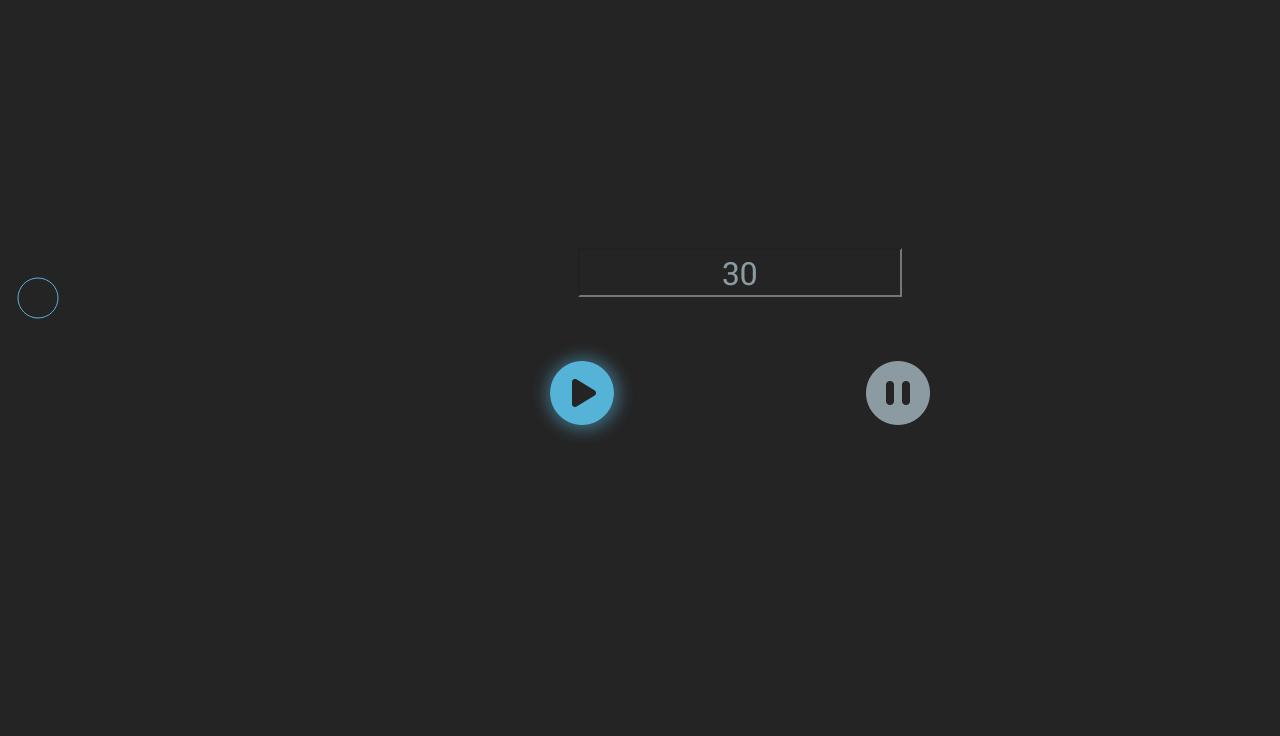
Repository: Sbethm/javascript-challenges
Page: index.html
These files come from the project's save history. The page is drawn as it stood at one moment and after a run of saves; the edit follows.
The browser window is 1280 px wide. The pictures show the whole page.
Some web libraries are served in a nearby version. The style sheet was rebuilt from its Sass, Less or Tailwind sources for each picture, by a compiler version that may differ from the author's.

Above is the page before, as saved 2021-09-17 15:29:33.

### index.html
<!DOCTYPE html>
<html lang="en">
<head>
    <meta charset="UTF-8">
    <meta http-equiv="X-UA-Compatible" content="IE=edge">
    <meta name="viewport" content="width=device-width, initial-scale=1.0">
    <link rel="stylesheet" href="./CSS/main.css">
    <link rel="preconnect" href="https://fonts.googleapis.com">
    <link rel="preconnect" href="https://fonts.gstatic.com" crossorigin>
    <link href="https://fonts.googleapis.com/css2?family=Roboto+Slab&display=swap" rel="stylesheet">
    <script src="https://kit.fontawesome.com/4348baf125.js" crossorigin="anonymous"></script>
    <title>SarahMoosa: JavaScript Challenges</title>
</head>
<body>
    <header></header>
    <main>
        <svg height="200" width="200">
            <circle r="20" cx="30" cy="30"\>
        </svg>
        <div class="container">
            <input type="text" value="30">
            <i class="fas fa-play-circle active"></i>
            <i class="fas fa-pause-circle"></i>
        </div>
    </main>
    <script src="./JS/timerClass.js"></script>
    <script src="./JS/apps.js"></script>
</body>
</html>

### JS/timerClass.js
class Timer {
    constructor(durationInput, playBtn, pauseBtn) {
        this.durationInput = durationInput;
        this.playBtn = playBtn;
        this.pauseBtn = pauseBtn;

        this.playBtn.addEventListener('click', this.start);
        this.pauseBtn.addEventListener('click', this.pause);
    }

    start = () => {
        this.tick();
        this.interval = setInterval(this.tick, 1000);

        playBtn.classList.remove('active');
        pauseBtn.classList.add('active');
        // for(let i = durationInput; durationInput > 0; i--){
        //     setTimeout(this.tick, 1000);
        // }
    };

    pause = () => {
        clearInterval(this.interval);

        pauseBtn.classList.remove('active');
        playBtn.classList.add('active');
    };

    tick = () => {
        if(this.timeRemaining > 0){
            this.timeRemaining = this.timeRemaining - 1;
        } else {
            this.pause();
        }

    };

    get timeRemaining () {
        return parseFloat(this.durationInput.value);
    }
    set timeRemaining (time) {
        this.durationInput.value = time;
    }
}

### JS/apps.js
const playBtn = document.querySelector('.fa-play-circle ');
const pauseBtn = document.querySelector('.fa-pause-circle ');
const input = document.querySelector('input');

//Reusable Timer Class


const timer1 = new Timer(input, playBtn, pauseBtn);








// //FUNCTIONS
// function startTimer() {
//     let inputNum = document.querySelector('input').value;

//     let countDownNum = Number(inputNum);

//     if(!countDownNum || countDownNum !== Math.floor(countDownNum)) {
//         console.log("WHOLE NUMBERS ONLY!")
//     } else {
//         countDownNum--;
//         inputNum = countDownNum;
//         console.log(inputNum);
//     }
// }

// function pauseTimer() {

// }



// playBtn.addEventListener('click', () => {
//     //Btn style change
//     playBtn.classList.remove('active');
//     pauseBtn.classList.add('active');

//     //Input countdown
//     startTimer()


// })

// pauseBtn.addEventListener('click', () => {
//     //Btn style change
//     pauseBtn.classList.remove('active');
//     playBtn.classList.add('active');

//     //Pause Timer
//     pauseTimer();
// })

### SCSS/main.scss
@import "./variables";

body {
    background-color: rgb(37, 36, 36);
}

main{
    height: 100vh;
    display: flex;
    align-items: center;
    justify-content: center;
}

svg{

}
circle {
    fill: rgb(37, 36, 36);
    stroke: $activeColor;
}

.container {
    display: grid;
    grid-template-columns: Max(8rem, 50%) Max(8rem, 50%);
    grid-row: 25% 75%;
    width: Max(500px, 50%);
    padding: 1em;
    margin: 0 auto;
    //Used to style Input font
    font-family: 'Roboto Slab', serif;
    font-size: 2rem;
}

input {
    width: 50%;
    grid-area: 1 / 1 / 2 / 3;
    margin: 0 auto;
    background-color:  rgb(37, 36, 36);
    text-align: center;
    //Uses styles from parent .container
    font-family: inherit;
    font-size: 100%;
}

input[type='text']{
    color: $inactiveColor;
}

i {
    margin: 1em auto;
    font-size: Max(2rem, 4rem);
    color: $inactiveColor;
    border-radius: 50%;
}

.fa-play-circle {
    grid-area: 2 / 1 / 3 / 2;
}

.fa-pause-circle {
    grid-area: 2 / 2 / 3 / 3;
}

.active {
    color: $activeColor;
    box-shadow: 1px 1px 15px 5px rgba(85,179,216,0.46);
}
// rgb(85, 179, 216)
.inactive {
    color: $inactiveColor;
    box-shadow: none;
}

### SCSS/_variables.scss
//COLORS
$activeColor: hsl(197, 63%, 59%);
$inactiveColor: hsl(197, 10%, 59%);

After the next 2 saves:
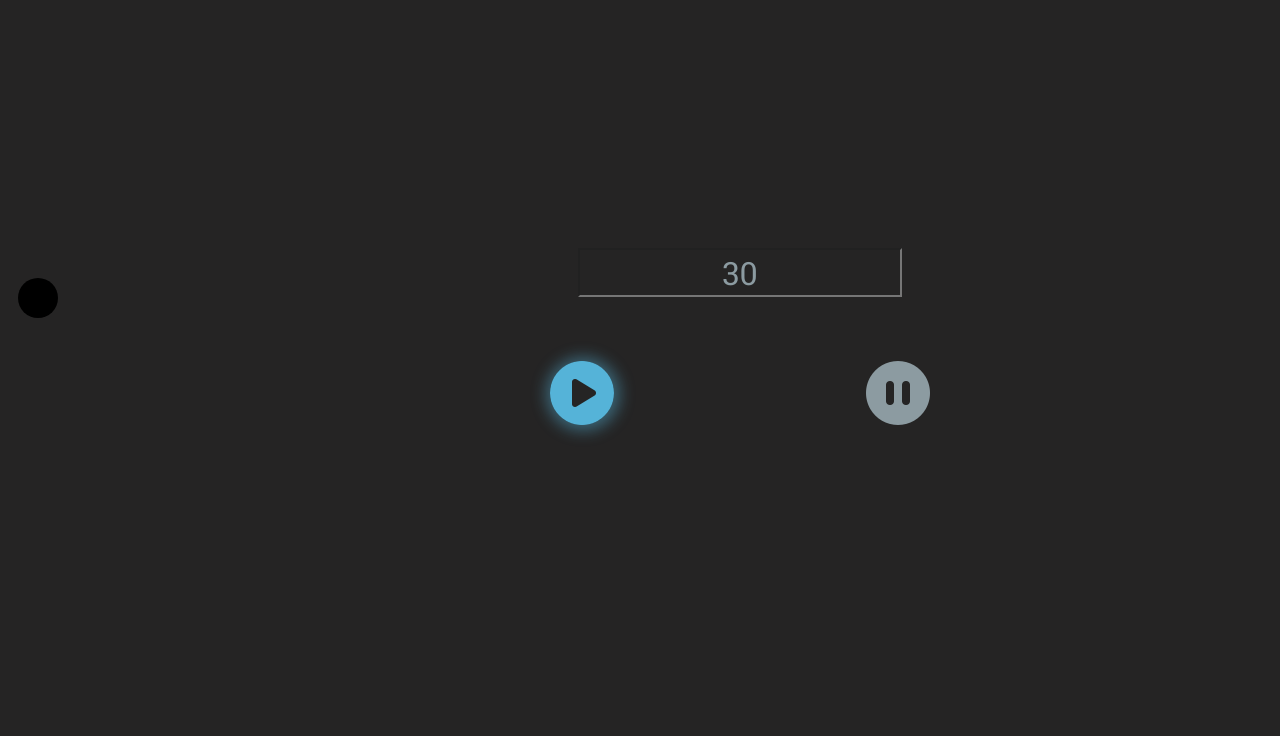
The 2 saves are shown as one change because they came seconds apart.
The last was saved 5 s later.
--- a/SCSS/main.scss
+++ b/SCSS/main.scss
@@ -13,11 +13,9 @@
 
 svg{
 
+
 }
-circle {
-    fill: rgb(37, 36, 36);
-    stroke: $activeColor;
-}
+
 
 .container {
     display: grid;

After the 4 saves that followed:
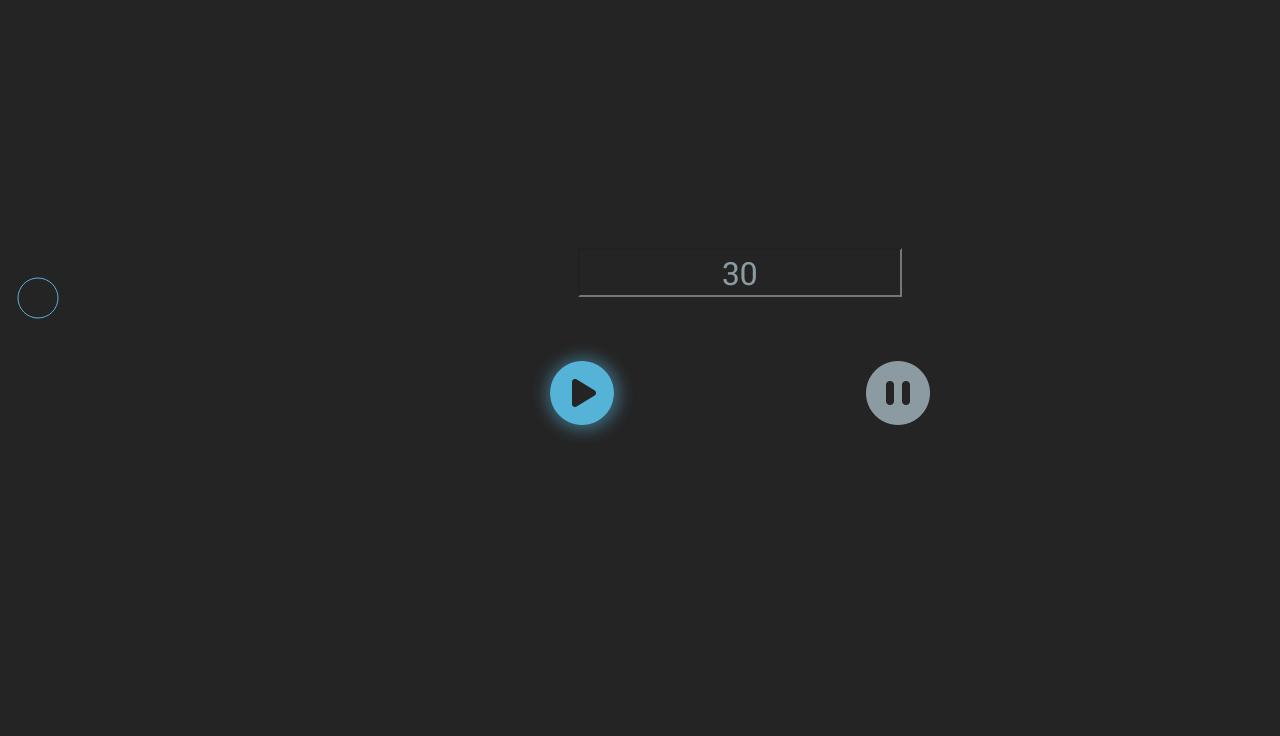
The 4 saves are shown as one change because they came seconds apart.
The last was saved 14 s later.
--- a/SCSS/main.scss
+++ b/SCSS/main.scss
@@ -12,8 +12,11 @@
 }
 
 svg{
-
-
+    width: 100;
+    & circle {
+        fill: rgb(37, 36, 36);
+        stroke: $activeColor;
+    }
 }
 
 
